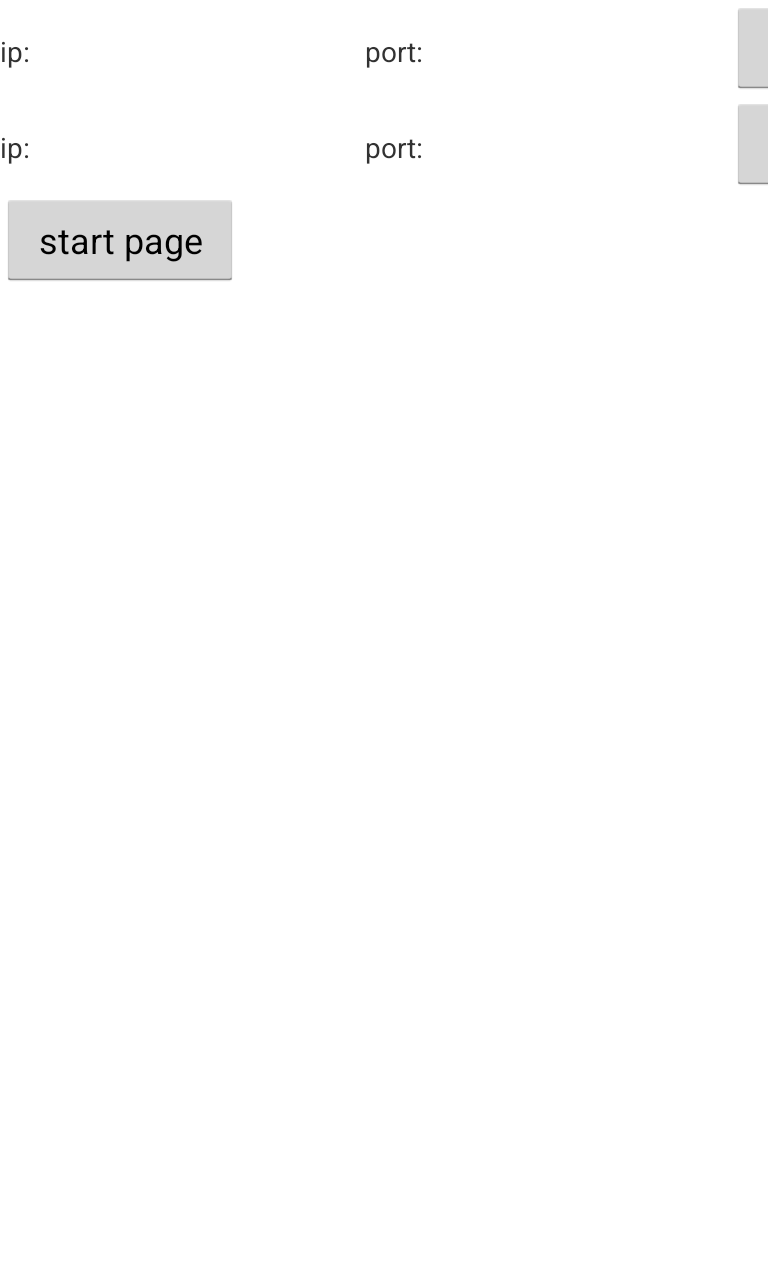
Repository: dthas/d_firewall_c
Layout: src/main/android/eclipse_project/dfirewall/res/layout/in_pl.xml
The author's editor kept a copy of each file at every save. The layout is drawn from the files as they stood at one save, then again after the next save.
It is drawn on a 768 x 1280 px phone screen (xhdpi) without system bars, with theme AppTheme; the app's code is not run.

Above is the layout before, as saved 2017-02-07 09:29:42.

After the next save:
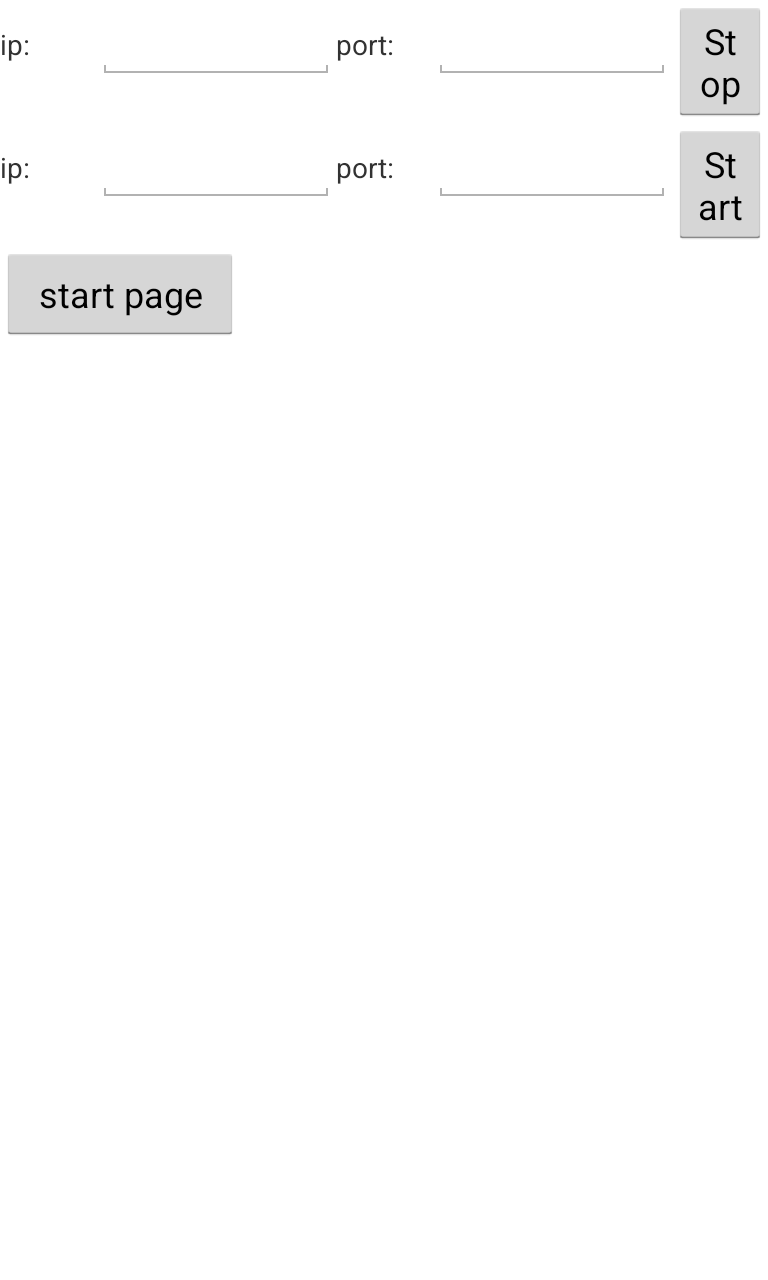
Saved 3 min 1 s later.
--- a/src/main/android/eclipse_project/dfirewall/res/layout/in_pl.xml
+++ b/src/main/android/eclipse_project/dfirewall/res/layout/in_pl.xml
@@ -19,7 +19,7 @@ android:orientation="vertical" >
 				android:id="@+id/edit_text_1"
 				android:layout_width="120dp"
 				android:layout_height="wrap_content"
-				android:layout_weight="1"
+
 				/>
 
 		<TextView
@@ -33,7 +33,7 @@ android:orientation="vertical" >
 				android:id="@+id/edit_text_2"
 				android:layout_width="120dp"
 				android:layout_height="wrap_content"
-				android:layout_weight="1"
+
 				/>
 
 	        <Button
@@ -60,7 +60,7 @@ android:orientation="vertical" >
 				android:id="@+id/edit_text_3"
 				android:layout_width="120dp"
 				android:layout_height="wrap_content"
-				android:layout_weight="1"
+
 				/>
 
 		<TextView
@@ -74,7 +74,7 @@ android:orientation="vertical" >
 				android:id="@+id/edit_text_4"
 				android:layout_width="120dp"
 				android:layout_height="wrap_content"
-				android:layout_weight="1"
+
 				/>
 
 		<Button
